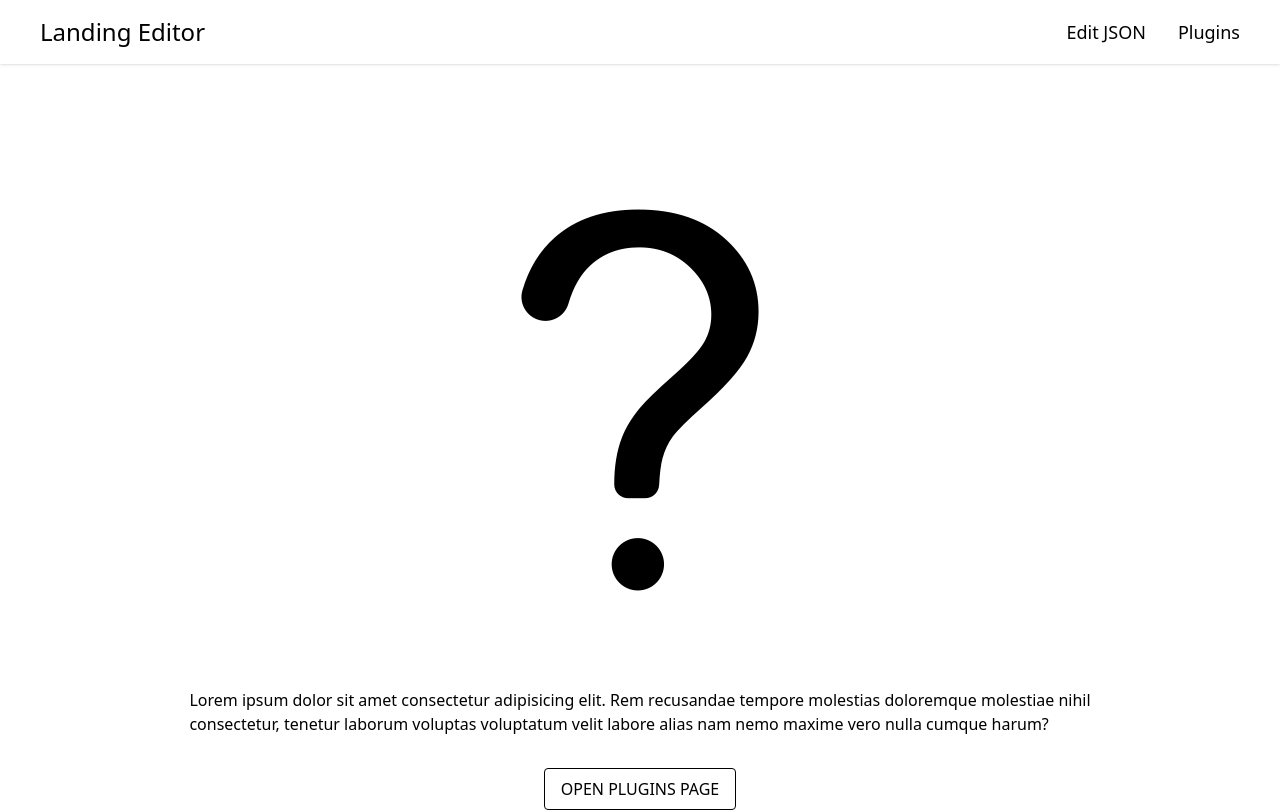
Repository: ShumilovMikhail/plugins-app
Page: / (app in app/frontend/)
An editor plug-in stored every save of this project. The page is shown before and after the next save, followed by the edit.
The browser window is 1280 px wide. The pictures show the whole page.
The project was rebuilt for these pictures with package versions that can differ from the ones it lists, and the page was loaded fresh each time. Also part of the build but not shown: app/frontend/angular.json.

Above is the page before, as saved 2024-05-13 08:11:35.

After the next save:
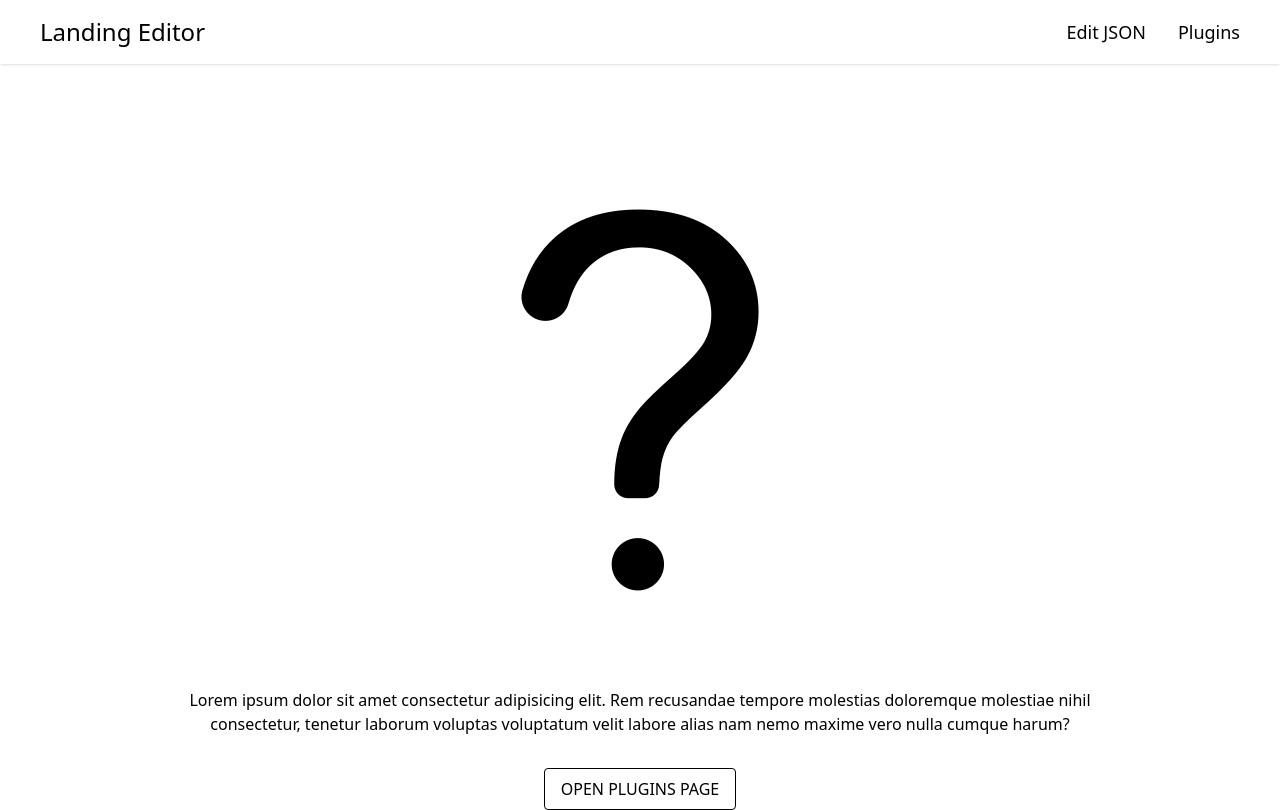
Saved 16 s later.
--- a/app/frontend/src/app/pages/page-landing-editor/page-landing-editor.component.html
+++ b/app/frontend/src/app/pages/page-landing-editor/page-landing-editor.component.html
@@ -1,6 +1,6 @@
 <div class="flex flex-col items-center gap-8 mt-20">
   <img src="/assets/empty-page-question.png" alt="">
-  <p>
+  <p class="text-center">
     Lorem ipsum dolor sit amet consectetur adipisicing elit. Rem recusandae tempore molestias doloremque molestiae nihil
     <br>
     consectetur, tenetur laborum voluptas voluptatum velit labore alias nam nemo maxime vero nulla cumque harum?
